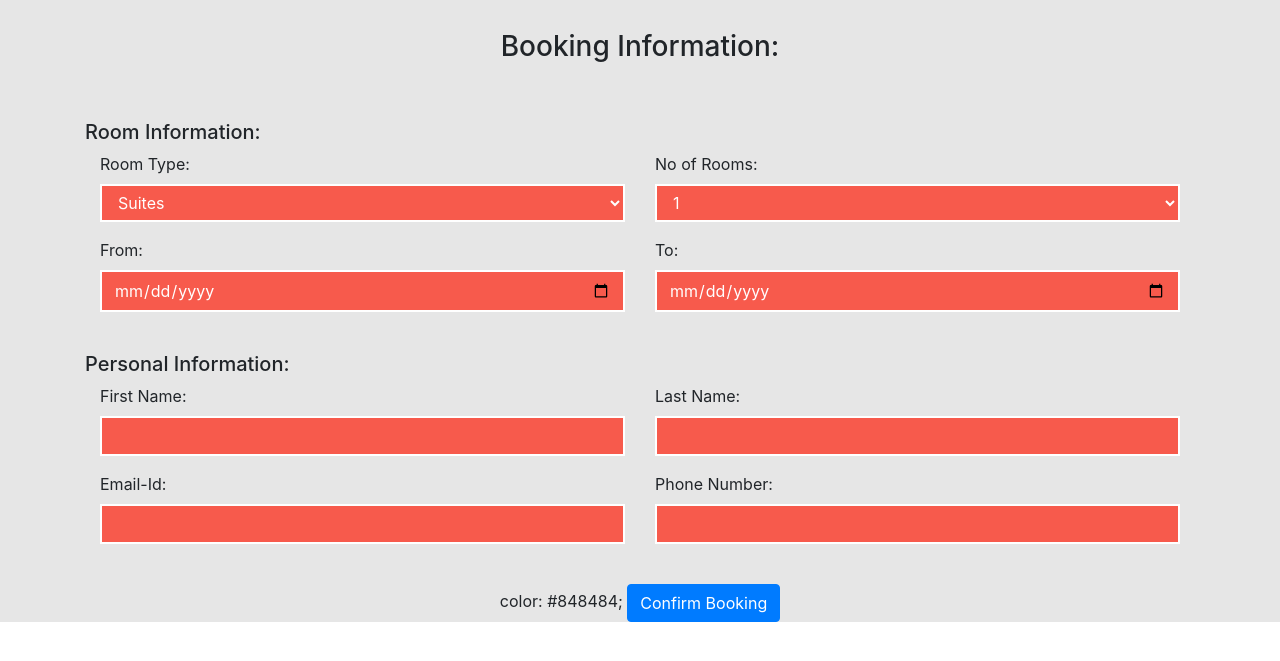
Repository: kapsky5/HotelManagement
Page: booking.html
These files come from the project's save history. The page is drawn as it stood at one moment and after the next save; the edit follows.
The browser window is 1280 px wide. The pictures show the whole page.

Above is the page before, as saved 2019-11-07 03:52:14.

After the next save:
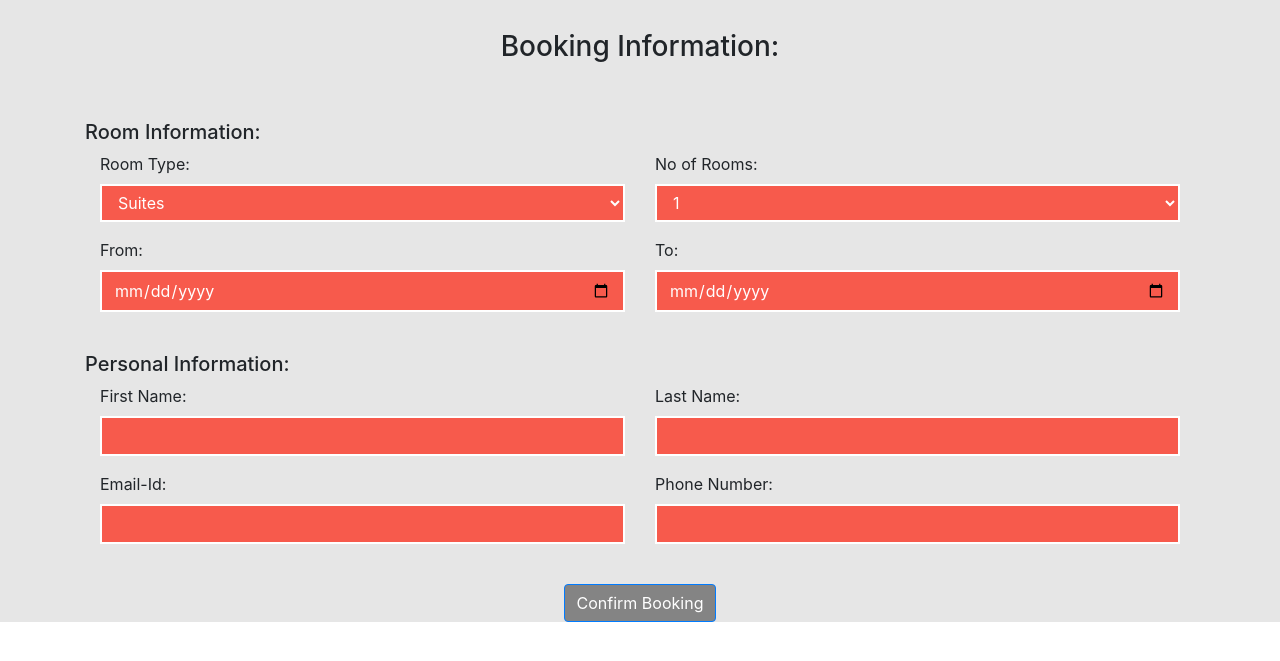
Saved 33 s later.
--- a/booking.html
+++ b/booking.html
@@ -86,8 +86,7 @@
                 </div>
                 <br>
                 <div class="text-center">
-    color: #848484;
-    <button class="btn btn-primary" type="submit" style="background: ">Confirm Booking</button>
+                    <button class="btn btn-primary" type="submit" style="background-color: #848484;">Confirm Booking</button>
                 </div>
             </form>
         </div>
